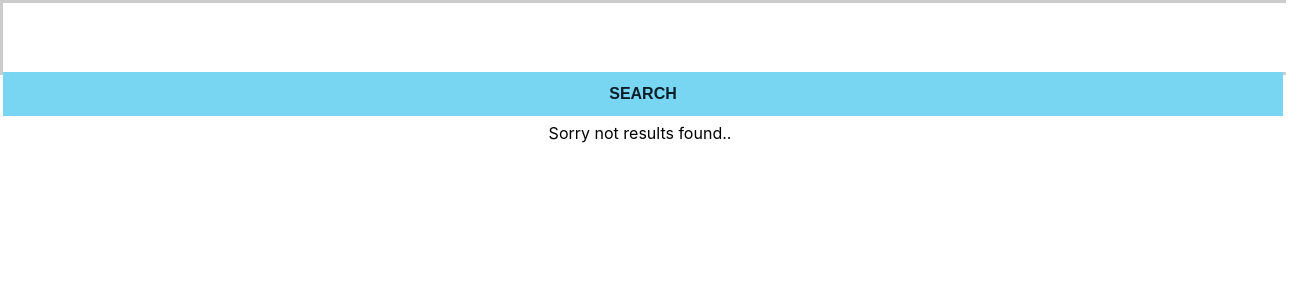
Repository: jijo78/movie-tvshows-list
Page: /
These files come from the project's save history. The page is drawn as it stood at one moment and after the next save; the edit follows.
The browser window is 1280 px wide. The page is 1315 px wide, so the pictures cover 1315 px, including what lies to the right of the window. The pictures show the whole page.
The page's requests for data from a server got no answer. The project was rebuilt for these pictures with package versions that can differ from the ones it lists, and the page was loaded fresh each time. No one was signed in, and anything a server would have sent is missing. Also part of the build but not shown: src/MediaRatio.tsx.

Above is the page before, as saved 2020-11-25 17:32:32.

### src/App.tsx
import React, { FC, useEffect, useState } from 'react'
import useSWR from 'swr'
import config from './config'
import QuickSearch from './QuickSearch'
import SearchResults from './SearchResults'

import styled from 'styled-components'
// import classNames from 'classnames'
// import debounce from 'lodash/debounce'
export const fontRootSize = 16

const pxToRem = (size: number) => `${size / fontRootSize}rem`
export const SCREEN_WIDTH_MIN = pxToRem(320)

export const SCREEN_WIDTH_MIN_2 = pxToRem(400)
interface Props {
  children: React.ReactChildren
}
const Container = styled('section')`
  display: flex;
  justify-content: center;
`

const getData = (url: string): Promise<any> => fetch(url).then((res) => res.json())

const StickyWrapper: FC<Props> = ({ children, ...rest }) => {
  const [shouldFetch, setShouldFetch] = useState(true)
  const [term, setTerm] = useState('a')
  const [append, setAppend] = useState('credits')

  const { data, error, isValidating } = useSWR(
    shouldFetch
      ? `https://api.themoviedb.org/3/search/multi?&api_key=${config.api}&query=${term}&include_adult=false&append_to_response=${append}`
      : null,
    getData,
    {
      shouldRetryOnError: false,
      revalidateOnFocus: false,
    }
  )

  useEffect(() => {
    if (data) {
      setShouldFetch(false)
    }
  }, [])

  return (
    <>
      <QuickSearch />
      <Container as="section">
        <SearchResults results={data} />
      </Container>
    </>
  )
}

export default StickyWrapper

### src/config.js
module.exports = {
    'api': '00827fd50b322764fdf4d571822a4a05'
};

### src/QuickSearch.tsx
import React, { FC } from 'react'

import styled from 'styled-components'

type Props = {
  onClick?: (e: React.MouseEvent<any>) => void
  onSubmit?: () => void
  placeholder?: string
}
/**
 * Card is a general purpose container for content.
 */
const Search = styled('section')`
  border: 3px solid #ccc;
  margin-bottom: 2rem;
  display: flex;

  width: 100%;
`

const SearchForm = styled('form')`
  position: relative;
  width: 100%;
  &fieldset {
    margin: 0;
    padding: 0;
    border: 0 none;
  }
  &.search__form--hidden {
    display: none;
  }
`
const SearchLegend = styled('legend')`
  display: none;
`

const SearchInput = styled('input')`
  position: relative;
  color: #ccc;
  width: 100%;
  text-align: center;
  padding: 1rem;
  font-size: 2rem;
  border: 0 none;
  &::placeholder {
    color: #ccc;
  }
`

const Button = styled('button')`
  width: 100%;
  border: none;
  border-color: #5c5c5c;
  cursor: pointer;
  position: absolute;
  right: 0;
  display: inline-flex;
  color: #ffffff;
  background-color: rgb(13, 46, 61);
  padding: 0.75rem;
  text-align: center;
  text-decoration: none;
  vertical-align: middle;

  justify-content: center;
  text-transform: uppercase;

  font-size: 1rem;
  line-height: 1.25;

  letter-spacing: normal;
  font-weight: bold;
  background-color: #79d6f2;
  color: #091f29;
`

const QuickSearch: FC<Props> = ({ onSubmit, onClick, placeholder }) => {
  return (
    <Search>
      <SearchForm onSubmit={onSubmit}>
        <SearchLegend>Find a movie </SearchLegend>
        <SearchInput onClick={onClick} placeholder={placeholder} />
        <Button type="submit">Search</Button>
      </SearchForm>
    </Search>
  )
}

export default QuickSearch

### src/SearchResults.tsx
import React, { FC } from 'react'
import { formatDateUK } from './date'
import { Media16x9 } from './MediaRatio'
import styled from 'styled-components'

interface Props {
  results: { results: Array<any> }
}
const Cards = styled('ul')`
  display: grid;
  width: 80rem;
  grid-template-columns: repeat(auto-fit, minmax(320px, 1fr));
  grid-gap: 2rem;
  margin: 0;
  padding: 0;
`

const Card = styled('li')`
  min-height: 10rem;
  height: 100%;
  position: relative;
  background-color: #000;
  color: #fff;
  list-style-type: none;
`
/**
 * Contains an image or other media to be placed inside the card
 */
export const CardBody = styled('div')`
  position: relative;
  padding: 0.5rem;
`

/**
 * Content to be placed at the bottom of the card.
 */
export const CardFooter = styled('footer')`
  position: relative;
  padding: 0.5rem;
`
const SearchResults: FC<Props> = ({ results }) => {
  console.log('results: ', results)
  const base_url = 'https://image.tmdb.org/t/p/w780'
  const placeholder = 'http://via.placeholder.com/400x200'

  return results && results.results && results.results.length ? (
    <Cards>
      {results.results.map((result, i) => (
        <Card>
          <Media16x9>
            <img
              alt={result.original_name}
              src={
                result.poster_path !== null && result.poster_path !== undefined
                  ? `${base_url}${result.poster_path}`
                  : `${placeholder}`
              }
            />
          </Media16x9>
          <CardBody>
            <h3>{result.title || result.original_name}</h3>
            <p>{result.overview}</p>
          </CardBody>
          <CardFooter>
            <span className="card__rating">
              Rating: {isNaN(result.vote_average) ? 0 : Math.ceil(result.vote_average * 10)}%
            </span>
            <span className="card__release">Release date: {formatDateUK(result.release_date)}</span>
          </CardFooter>
        </Card>
      ))}
    </Cards>
  ) : (
    <p className="no-results">Sorry not results found..</p>
  )
}

export default SearchResults

### src/date.ts
import dayjs from 'dayjs'

export const formatDate = (d: string) => dayjs(d).format('D MMM YYYY')
export const formatDateUK = (d: string) => dayjs(d).format('DD MMM YYYY')
export const currentYear = () => dayjs().year()

Loaded but not shown: public/index.html (common file); src/index.js (common file); src/index.css (common file); src/reportWebVitals.js (common file)

After the next save:
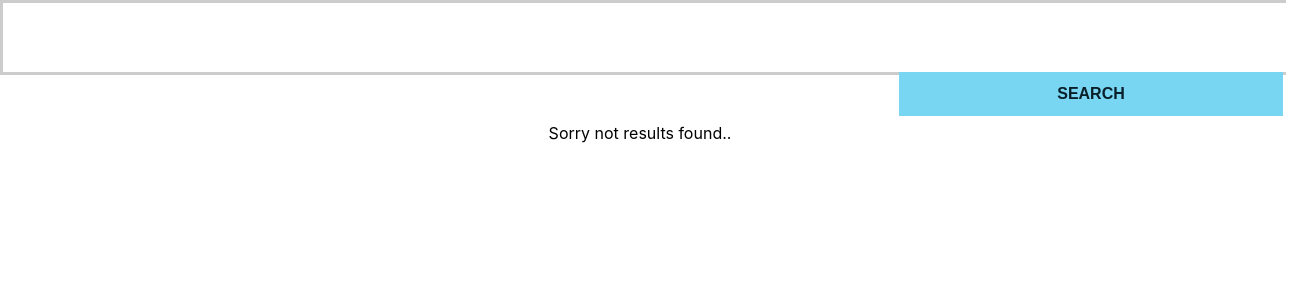
Saved 10 s later.
--- a/src/QuickSearch.tsx
+++ b/src/QuickSearch.tsx
@@ -48,7 +48,7 @@ const SearchInput = styled('input')`
 `
 
 const Button = styled('button')`
-  width: 100%;
+  width: 30%;
   border: none;
   border-color: #5c5c5c;
   cursor: pointer;
